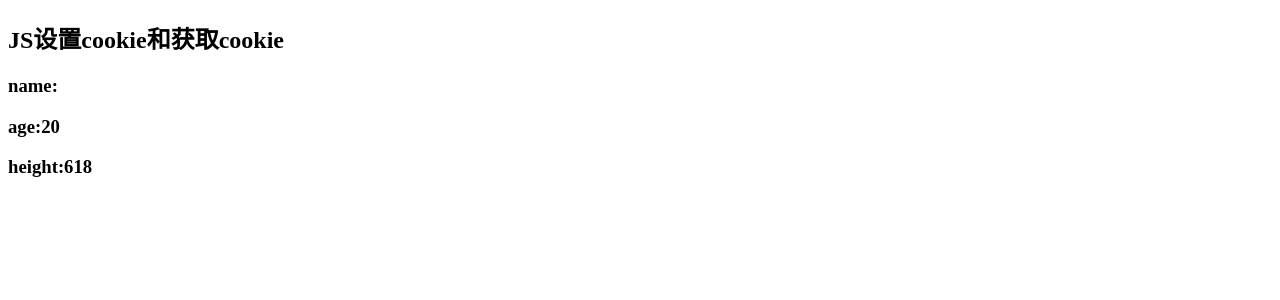
Repository: Gin1217/frontStudy
Page: html/js-cookie.html
An editor plug-in stored every save of this project. The page is shown before and after the next save, followed by the edit.
The browser window is 1280 px wide. The pictures show the whole page.

Above is the page before, as saved 2021-03-21 23:31:35.
Not found: html/js-basic-fx/get-page-height.js

### html/js-cookie.html
<!DOCTYPE html>
<html lang="en">

<head>
    <meta charset="UTF-8">
    <meta http-equiv="X-UA-Compatible" content="IE=edge">
    <meta name="viewport" content="width=device-width, initial-scale=1.0">
    <title>JS设置cookie和获取cookie</title>
</head>

<body>
    <div id="app">
        <h2>JS设置cookie和获取cookie</h2>
        <h3>name:{{name}}</h3>
        <h3>age:{{age}}</h3>
        <h3>height:{{height}}</h3>
    </div>
    <script src="https://cdn.jsdelivr.net/npm/vue/dist/vue.js"></script>
    <script src="/js/js-cookie.js"></script>
    <script src="js-basic-fx/get-page-height.js"></script>
    <script>
        const app = new Vue({
            el: '#app',
            data: {
                name: '',
                age: 0,
                height: 'height',
            },
            created() {
                setCookie('name', 'hello word', 20 * 1000)
                setCookie('age',20)
                setCookie('height',618)
                this.name = getCookie('name')
                this.age = getCookie('age')
                this.height = getCookie('height')
                console.log(getCookie(' name '))
                console.log(getCookie('age'))
                // console.log(getCookie('height'))
                console.log(getPageHeight('height'));
            },
        })
    </script>
</body>

</html>

### js/js-cookie.js
/**
 * 设置cookie值
 * setCookie(键，值，保存时长（毫秒）)
 * @param name cookie对应名字
 * @param value 该cookie对应的值
 * @param Hours
 */
 function setCookie(name, value, expire) {
    let date = new Date();
    date.setTime(Number(date) + expire);
    document.cookie = name + "=" + escape(value) + (expire == null ? "" : ";expires=" + date.toGMTString())
  }

  /**
   * JS获取Cookie
   * @param name cookie对应名字
   * @returns {string}
   */
  function getCookie (name) {
      if(document.cookie.length > 0) {
          start = document.cookie.indexOf(name + "=")//获取字符串起点
          if(start != -1) {
              start = start + name.length + 1//获取值的起点
              end = document.cookie.indexOf(";",start)//获取结尾处
              if(end == -1) end = document.cookie.length//如果是最后一个，结尾就是cookie字符串的结尾
              return decodeURI(document.cookie.substring(start, end))//获取字符串返回
          }

      }
  return ""
  }

After the next save:
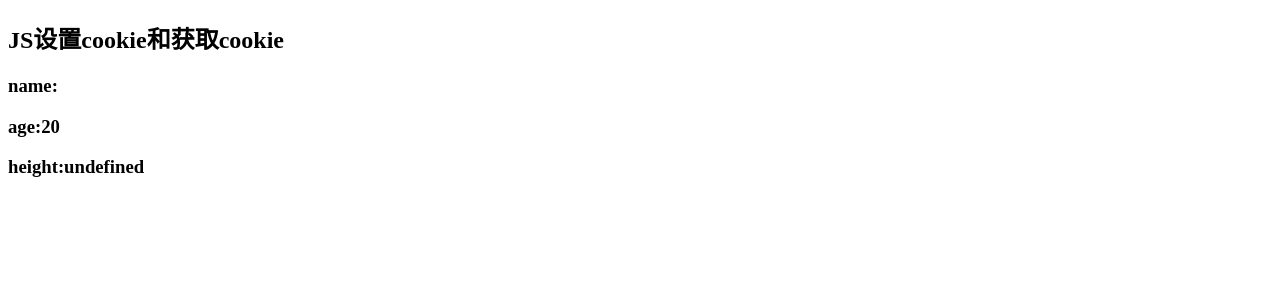
Saved 3 min 5 s later.
--- a/html/js-cookie.html
+++ b/html/js-cookie.html
@@ -29,7 +29,7 @@
             created() {
                 setCookie('name', 'hello word', 20 * 1000)
                 setCookie('age',20)
-                setCookie('height',618)
+                setCookie('height',)
                 this.name = getCookie('name')
                 this.age = getCookie('age')
                 this.height = getCookie('height')
